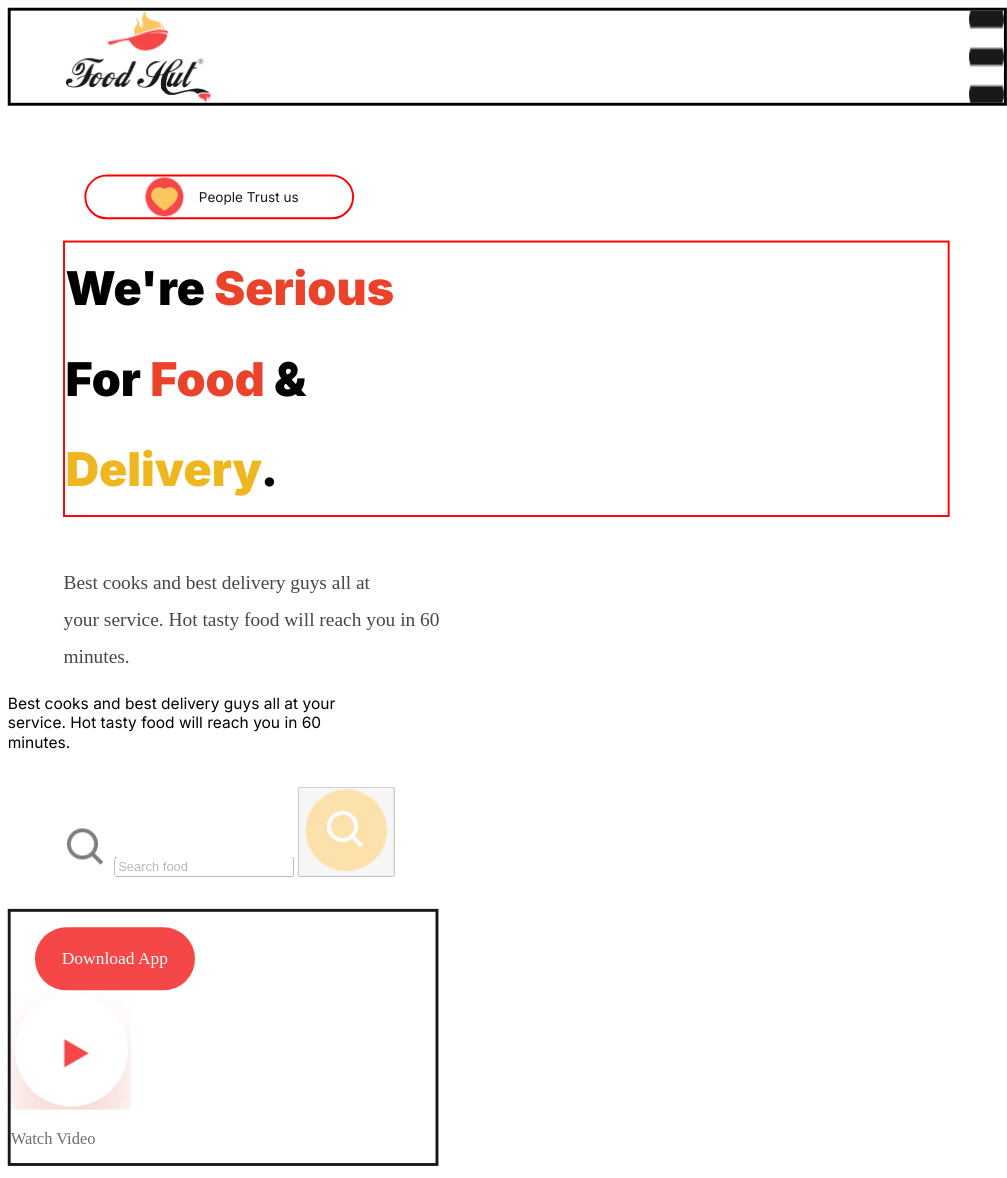
Repository: ReyhanehRahmani/Food-Hut
Page: FoodHut.html
These files come from the project's save history. The page is drawn as it stood at one moment and after the next save; the edit follows.
The browser window is 1024 px wide. The page is 1038 px wide, then 1032 px, then 1038 px, so the pictures cover 1038 px, including what lies to the right of the window. The pictures show the whole page, at 97% of full size.
Some web fonts or font styles are not loaded; a fallback is used.

Above is the page before, as saved 2025-05-28 21:15:22.

### FoodHut.html
<!DOCTYPE html>

<html lang="en">

    <head>

    <meta name="viewport" content="width=device-width, initial-scale=1.0" />

        <title>Food Hut</title>

        <link rel="icon" type="image/jpg" href="favicon.png">

        <link rel="preconnect" href="https://fonts.googleapis.com">

        <link rel="stylesheet" href="FoodHut.css">

        <link rel="preconnect" href="https://fonts.googleapis.com">

        <link rel="preconnect" href="https://fonts.gstatic.com" crossorigin>

        <link href="https://fonts.googleapis.com/css2?family=Inter:ital,opsz,wght@0,14..32,100..900;1,14..32,100..900&display=swap" rel="stylesheet">

        <link rel="preconnect" href="https://fonts.googleapis.com">

        <link rel="preconnect" href="https://fonts.gstatic.com" crossorigin>

        <link href="https://fonts.googleapis.com/css2?family=Sofia+Sans:ital,wght@0,1..1000;1,1..1000&display=swap" rel="stylesheet">

    </head>

    <body>

        <div class="headh">
            <img src="favicon.png" alt="Food Hut logo" class="FoodHutLogo">

            <div class="navlaptop">
                    <p class="mm">Today special offers</p>
                    <p class="mm">Why FoodHut</p>
                    <p class="mm">Our Menu</p>
                    <p class="mm">Our Popular food</p>

            </div>
            <div class="downloadbt"><p>Download App</p></div>
            <img src="slider.png" id="slider">
        </div>



        <div class="maincontainer">
            <div class="container1">

                <div id="HeartBox">
                    <img id="Heart" src="ghalb.png" style="margin-left: 3px;" >
                    <p id="trust">People Trust us</p>
                </div>

                <p id="BigBox1">
                    We're <spsn style="color: rgb(235, 66, 44);">Serious</spsn> <br> For <span style="color: rgb(235, 66, 44);">Food</span> & <br><span style="color: rgb(238, 183, 32);">Delivery</span>.
                </p>
                <p id="BigBox1laptop">
                    We're <spsn style="color: rgb(235, 66, 44);">Serious</spsn>  For <br><span style="color: rgb(235, 66, 44);">Food</span> & <span style="color: rgb(238, 183, 32);">Delivery</span>.
                </p>

                <p id="text1">
                    Best cooks and best delivery guys all at <br>your service. Hot tasty food will reach you in 60<br>minutes.
                </p>
                <p id="text1laptop">
                    Best cooks and best delivery guys all at your <br>service. Hot tasty food will reach you in 60<br>minutes.
                </p>
                <div class="searchbox">
                    <img src="zarebin2.png" id="zarebin2">
                    <input class="inin" type="text" minlength="3" maxlength="30" placeholder="Search food"></input>
                    <button class="butbut"><img src="zarebin.png" id="zarebin"></button>
                </div>


                <div id="PlayBox">
                    <div id="download"><p>Download App</p></div>
                    <div id="bori1">
                    <img src="playb.png" id="PlayButton">
                    <p id="Watch">Watch Video</p>
                    </div>
                </div>

            </div>
            <img src="pic1.png" id="pic1laptop">

        </div>






    </body>

</html>

### FoodHut.css
/*font family - font size - align items like heart*/

@media screen and (max-width: 1279px){



body {
    width: 100vw;
    font-family: "Inter", sans-serif;

}

.headh{
    border: solid;
    display: flex;
    justify-content: space-between;
    width: 100%;
}


.FoodHutLogo{
    width: 14.485981308%;
    height: 100%;
    margin-left: 5.607476636%;
}

/*#NavbarSlider{
    margin-top: 41px;
    margin-right: 5.6vw;
    float: right;
    position: fixed;
    border: 2px solid red;
}

.slider{
    width: 36px;
    height: 5px;
    border-radius: 17px;
    display: flex;
    justify-content: space-between;
    flex-direction: column;
    gap: 6px;
    background: rgba(25, 25, 25, 1);
    margin-right: 24px;

}*/

#HeartBox{
    width: 26.730769231%;
    height: 3.58974359%;
    margin-top: 6.956521739%;
    margin-left: 7.710280374%;
    border-radius: 100px;
    border: 2px solid red;
    display: flex;
    justify-content: center;
    gap: 5.825242718%;

}

#trust{
    font-weight: 400;
    font-size: 0.875rem;
    line-height: 100%;
    letter-spacing: 0%;
    /*align-items: center;
    justify-content: center;*/
    color: rgba(25, 25, 25, 1);

}

#Heart{
    position: static;
    width: 14.288489209%;
    height: 71.428571429%;
    padding-left: 1.168224299%;
    align-self: center;
}

#BigBox1{
    width: 88.785046729%;
    height: 21.058315335%;
    align-content: center;
    margin-top: 2.173913043%;
    margin-left: 5.607476636%;
    border: 2px solid red;
    font-weight: 900;
    font-size: 3rem;
    line-height: 195%;
    letter-spacing: 0%;
    font-family: "Inter";
}

/*#Box1Paragragh{
    font-weight: 900;
    font-size: 48px;
    line-height: 195%;
    letter-spacing: 0%;
}*/

#text1{
    width: 88.551401869%;
    height: 8.804347826%;
    margin-top: 4.347826087%;
    margin-left: 5.607476636%;
    opacity: 0.8;
    font-family: Sofia Pro;
    font-weight: 400;
    font-size: 1.25rem;
    line-height: 190%;
    letter-spacing: -1%;
    color: #191919;

}

.searchbox{
    width: 88.785046729%;
    height: 5.869565217%;
    margin-top: 3.47826087%;
    margin-left: 5.607476636%;
    border-radius: 100px;
    border-width: 0.5px;
    font-family: Sofia Pro;
    font-weight: 400;
    font-size: 18px;
    line-height: 100%;
    letter-spacing: -1%;
    opacity: 50%;

}

.search-bar input{

}

.search-bar button{
  border: none;
  padding: 0 15px;
  display: flex;
  align-items: center;
  justify-content: center;
  border-radius: 0 25px 25px 0;
  cursor: pointer;
    flex-wrap: wrap;

}

#download{
    width: 37.85046729%;
    height: 4.859611231%;
    margin-top: 3.695652174%;
    margin-left: 5.607476636%;
    border-radius: 100px;
    background: #F54748;
    font-family: Sofia Pro;
    font-weight: 400;
    font-size: 1.125rem;
    line-height: 100%;
    letter-spacing: 0px;
    text-transform: capitalize;
    color:#FFFFFF;
    text-align: center;
    padding-top: 1.187904968%;
    padding-bottom: 1.187904968%;
    display: inline-block;
}

#PlayBox{
    margin-top: 3.260869565%;
    display: flex;
    justify-content: space-between;
    gap: 4.906542056%;
    width: 42.757009346%;
    height: 5.652173913%;
    margin-right: 6.542056075%;
    position: relative;
    overflow: hidden;
    border: #191919 solid;
    display: inline-block;

}

#PlayButton{
    position: relative;
    width: 28.415300546%;
    height: 100%;
}


#Watch{
    font-family: Poppins;
    font-weight: 500;
    font-size: 1.0625rem;
    line-height: 100%;
    letter-spacing: 0%;
    color: #686D77;

}
.navlaptop{
    display: none;
}

.downloadbt{
    display: none;
}

#BigBox1laptop{
    display: none;
}

#pic1laptop{
    display: none;
}

}


@media screen and (min-width: 1280px){

body{
    position: relative;
}

.headh{
    display: flex;
    position: relative;
    align-items: center;
    margin-top: 2.46343341%;
}

.headh .FoodHutLogo{
    width: 8.402777778%;
    height: 6.004618938%;
    margin-left: 5.46875%;

}

.navlaptop {
    display: flex;
    gap: 7.575757576%;
    align-items: center;
    margin-left: 20.75%;

}

.navlaptop .mm{
    font-family: "Sofia Sans";
    font-weight: 400;
    font-size: 1.125rem;
    line-height: 100%;
    letter-spacing: 0px;
    text-transform: capitalize;
    color: #191919;
    white-space: nowrap;
}

.downloadbt{
    position: absolute;
    width: 11.25%;
    line-height: 100%;
    height: 57.692307692%;
    border-radius: 100px;
    background-color: #F54748;
    font-family: "Sofia Sans";
    text-align: center;
    margin-top: 1px;
    color: #FFFFFF;
    font-weight: 400;
    font-size: 18px;
    letter-spacing: 0px;
    text-transform: capitalize;
    margin-left: 84.513888889%;


}

.maincontainer{
    display: flex;
    justify-content: space-between;


}

.container1{
    margin-left: 4.861111111%;
    display: block;
    align-content: center;

}

#HeartBox{
    display: flex;
    justify-content: space-between;
    width: 28.226415094%;
    height: 4.261796043%;
    align-items: center;
    border-radius: 100px;
    white-space: nowrap;
    background-color: #fce9e9;


}

#trust{
    margin-right: 2px;
}

#BigBox1laptop{
    font-family: "Inter";
    font-weight: 900;
    font-size: 3.625rem;
    line-height: 100%;
    letter-spacing: 0%;
    margin-top: 3.04414003%;

}

#BigBox1{
    display: none;
}

#Heart{
    height: 20px;
    width: 20px;
}

#trust{
    font-family: Inter;
    font-weight: 400;
    font-size: 0.875rem;
    line-height: 100%;
    letter-spacing: 0%;

}

#text1{
    font-family: "Sofia Sans";
    font-weight: 400;
    font-size: 1.5rem;
    line-height: 100%;
    letter-spacing: -1%;
    opacity: 0.8;
    margin-top: 3.877419355%;
    color: #191919;

}


.searchbox{
    border: solid;
    display: flex;
    border-width: 0.5px;
    border-radius: 100px;
    align-items: center;
    height: 8.709677419%;
    margin-top: 4.35483871;

}

.searchbox .inin{
    border: 0px;
    margin-left: 12px;

}

.searchbox .butbut{
    border: 0px;
    background-color: rgba(127, 255, 212, 0);
    margin-left: 41.324840764%;
}

#zarebin{
    height: 42px;
    padding-top: 5px;

}

#zarebin2{
    width: 28px;
    height: 28px;
    margin-left: 15px;

}

#pic1laptop{
    width: 47.847222222%;
    height: auto;
}

#PlayBox{
    display: flex;
    height: 8.387096774%;
    margin-top: 4.838709677%;
    align-items: center;
}

#download{
    width: 33.085106383%;
    height: 86.538461538%;
    border-radius: 100px;
    background-color: #F54748;
    font-family: "Sofia Sans";
    text-align: center;
    margin-top: 1px;
    color: #FFFFFF;
    font-weight: 400;
    font-size: 18px;
    line-height: 100%;
    letter-spacing: 0px;
    text-transform: capitalize;


}

#bori1{
    display: flex;
    margin-left: 8.244680851%;
    height: 100%;
    justify-content: space-between;
    gap: 11.475409836%;
}

#Watch{
    font-family: "Sofia Sans";
    font-weight: 300;
    font-size: 17px;
    line-height: 100%;
    letter-spacing: 0%;
    color: #686D77;
    white-space: nowrap;

}

#PlayButton{
    height: 100%;
}
}

After the next save:
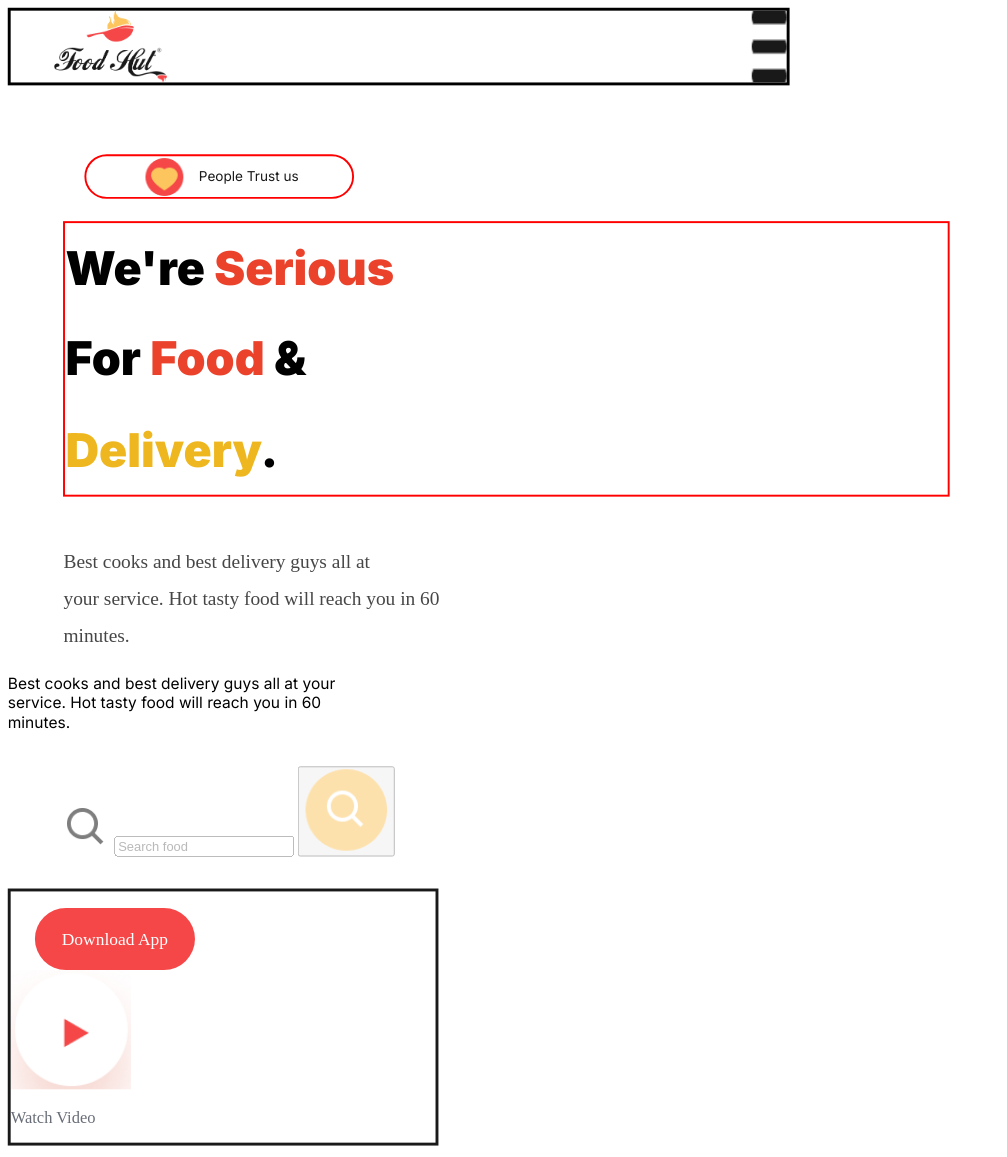
Saved 37 s later.
--- a/FoodHut.css
+++ b/FoodHut.css
@@ -14,7 +14,7 @@
     border: solid;
     display: flex;
     justify-content: space-between;
-    width: 100%;
+    width: 800px;
 }
 
 

After the 2 saves that followed:
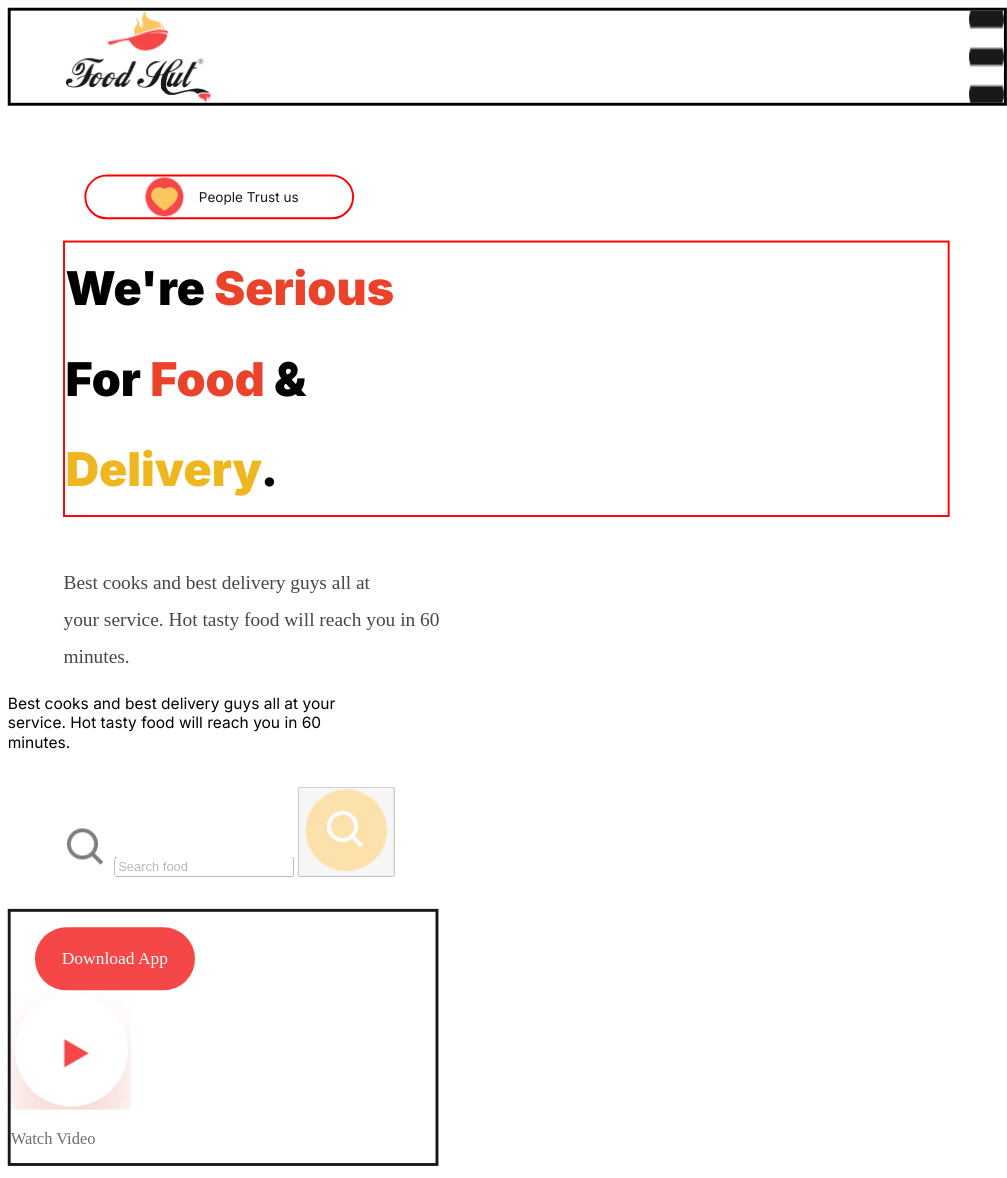
The 2 saves are shown as one change because they came seconds apart.
The last was saved 17 s later.
--- a/FoodHut.css
+++ b/FoodHut.css
@@ -14,7 +14,7 @@
     border: solid;
     display: flex;
     justify-content: space-between;
-    width: 800px;
+    width: 100vw;
 }
 
 
